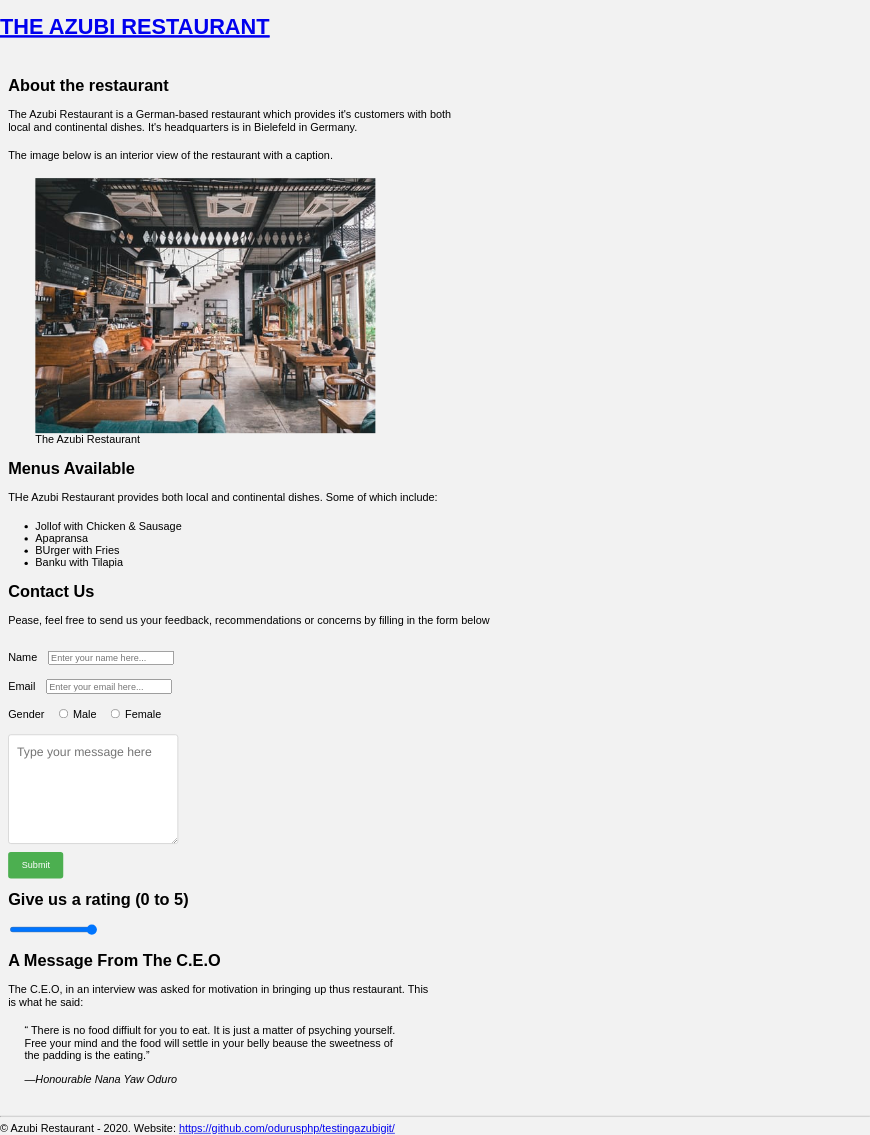
Repository: odurusphp/testingazubigit
Page: Fortune/FortunatusWulnye.html
The author's editor kept a copy of each file at every save. The page is drawn from the files as they stood at one save, then again after the next save.
The browser window is 1280 px wide. The pictures show the whole page, at 68% of full size.

Above is the page before, as saved 2020-08-03 01:38:05.

### Fortune/FortunatusWulnye.html
<!--COMMENTS THAT ARE MINE ARE WRITTEN IN CAPITAL LETTERS-->
<!--THE GENERAL STRUCTURE OF THE PAGE IS GOOD WITH THE INDENTATION TOO-->
<!--THE CLASSES THAT YOU IMPLEMENTED TOO ARE GREAT KEEP IT UP-->
<!DOCTYPE html>
<html lang="en">
  <head>

    <meta charset="UTF-8" />
    <meta name="viewport" content="width=device-width, initial-scale=1.0" />
    <title>The Azubi Restaurant</title>
    <meta name="descrition" content="A website for Azubi restaurant">
    <meta name="author" content="Fortunatus Aabangbio Wulnye">
    <link rel="stylesheet" href="css/style.css">

  </head>

  <body>

      <header class="mainHeader">
        <h1><a href="/"> <span></span><u>THE AZUBI RESTAURANT</u></a></h1>
      </header>

      <main class="main-container">
        <div class="About">
          <h2>About the restaurant</h2>
          <p>
            The Azubi Restaurant is a German-based restaurant which provides
            it's customers with both <br />
            local and continental dishes. It's headquarters is in Bielefeld in
            Germany.
          </p>
          <p>
            The image below is an interior view of the restaurant with a caption.
          </p>
          <!--IN ADDING THE IMAGE YOU TYPED OUT THE SRC WRONGLY KINDLY TAKE NOTE AND DO WELL TO REVIEW YOUR PAGE ALWAYS-->
        </div>

        <div class="about-fig">
          <figure>
            <img
              src="images/FortununatusWulnyeRestaurant.jpg"
              alt="Azubi Restaurant"
            />
            <figcaption>The Azubi Restaurant</figcaption>
          </figure>
        </div>

        <section class="menus">
          <h2>Menus Available</h2>
          <p>THe Azubi Restaurant provides both local and continental dishes. Some of which include:</p>
          <ul>
            <li>Jollof with Chicken & Sausage</li>
            <li>Apapransa</li>
            <li>BUrger with Fries</li>
            <li>Banku with Tilapia</li>
          </ul>
        </section>

        <div class="Contact">
          <h2>Contact Us</h2>
          <p>Pease, feel free to send us your feedback, recommendations or concerns by filling in the form below</p>
          <form action="" method="POST">
            <label for="fname">Name</label>
            <input type="text" name="fname" placeholder ="Enter your name here..." required> <br>

            <label for="email">Email</label>
            <input type="text" name="email" placeholder ="Enter your email here..." required> <br>

            <label for="gender">Gender</label>
            <input type="radio" id="male" value="male">
            <label for="gender">Male</label>
            <input type="radio" id="female" value="female">
            <label for="gender">Female</label> <br>

            <textarea name="message" id="" cols="20" rows="5" placeholder="Type your message here"></textarea> <br/>

            <input type="submit" value="Submit"  />
          </form>
          <br>

        </div>
        <br>

        <div class="rating">
          <h2>Give us a rating (0 to 5)</h2>
          <div class="slider">
             <input type="range" min="0" max="5" value="50">
          </div>
        </div>

        <div class="ceomessage">
          <h2>A Message From The C.E.O</h2>
          <P>The C.E.O, in an interview was asked for motivation in bringing up thus restaurant. This<br> is what he said: <blockquote> <q> There is no food diffiult for you to eat. It is just a matter of psyching yourself.<br> Free your mind and the food
          will settle in your belly beause the sweetness of <br> the padding is the eating.</q><br> <br>
        &mdash;<cite>Honourable Nana Yaw Oduro</cite>
      </blockquote>
           </P>
        </div>

      </main>
        <hr />

        <footer>
          &copy; Azubi Restaurant - 2020. Website: <a
          href="https://github.com/odurusphp/testingazubigit/">https://github.com/odurusphp/testingazubigit/</a>
        </footer>

  </body>
</html>

### Fortune/css/style.css
html {
  font-family: sans-serif;
  -webkit-text-size-adjust: 100%;
  -ms-text-size-adjust: 100%;
  justify-content: center;
  align-items: middle;
}
body {
  box-sizing: border-box;
  margin: 0;
  background-color: hsl(0, 0%, 95%);
}

.main-container {
  border-radius: 2px;
  padding: 12px;
}

article,
aside,
details,
figcaption,
figure,
footer,
header,
main,
menu,
nav,
section,
summary {
  display: block;
}

a:active,
a:hover {
  outline: 0;
}

b,
strong {
  font-weight: bold;
}

p {
  margin-bottom: 1.5em;
}

h1 {
  font-size: 2em;
  margin: 0.67em 0;
}

img {
  display: block;
  border: 0;
  width: auto;
  height: auto;
}

label {
  padding: 12px 12px 12px 0;
  display: inline-block;
}

input [type="text"],
select,
textarea {
  color: inherit;
  font: inherit;
  margin: 0;
  padding: 12px;
  border: 1px solid #ccc;
  border-radius: 4px;
  resize: vertical;
  margin: 8px 0;
  font-family: "Source Sans Pro", "Helvetica", Arial, sans-serif;
  font-size: 18px;
  line-height: 1.5;
}

input[type="submit"] {
  background-color: #4caf50;
  color: white;
  padding: 12px 20px;
  border: none;
  border-radius: 4px;
  cursor: pointer;
  float: left;
}

select {
  text-transform: none;
}

textarea {
  overflow: auto;
}

input::-moz-focus-inner {
  border: 0;
  padding: 0;
}

input {
  line-height: normal;
}

input[type="radio"] {
  box-sizing: border-box;
  padding: 0;
}

blockquote {
  margin: 0 1.5em;
}

After the next save:
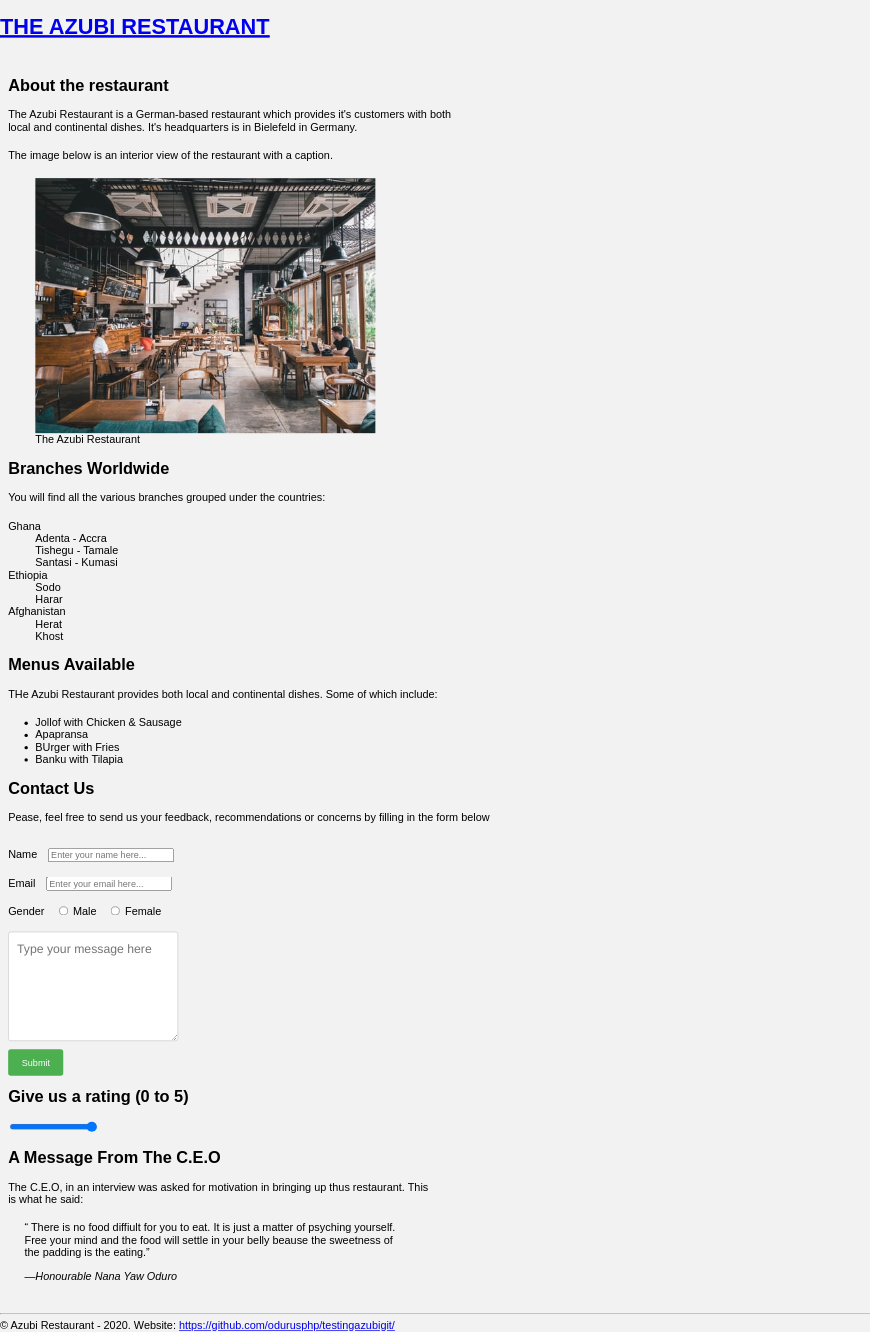
Saved 3 min 2 s later.
--- a/Fortune/FortunatusWulnye.html
+++ b/Fortune/FortunatusWulnye.html
@@ -21,7 +21,7 @@
       </header>
 
       <main class="main-container">
-        <div class="About">
+        <aside class="About">
           <h2>About the restaurant</h2>
           <p>
             The Azubi Restaurant is a German-based restaurant which provides
@@ -33,7 +33,7 @@
             The image below is an interior view of the restaurant with a caption.
           </p>
           <!--IN ADDING THE IMAGE YOU TYPED OUT THE SRC WRONGLY KINDLY TAKE NOTE AND DO WELL TO REVIEW YOUR PAGE ALWAYS-->
-        </div>
+        </aside>
 
         <div class="about-fig">
           <figure>
@@ -44,6 +44,31 @@
             <figcaption>The Azubi Restaurant</figcaption>
           </figure>
         </div>
+
+        <section class="branches">
+          <h2>Branches Worldwide</h2>
+          <p>You will find all the various branches grouped under the countries:</p>
+          <dl>
+            <dt class="country">Ghana</dt>
+            <div class="location">
+              <dd>Adenta - Accra</dd>
+              <dd>Tishegu - Tamale</dd>
+              <dd>Santasi - Kumasi</dd>
+            </div>
+
+            <dt class="country">Ethiopia</dt>
+            <div class="location">
+              <dd>Sodo</dd>
+              <dd>Harar</dd>
+            </div>
+
+            <dt class="country">Afghanistan</dt>
+            <div class="location">
+              <dd>Herat</dd>
+              <dd>Khost</dd>
+            </div>
+          </dl>
+        </section>
 
         <section class="menus">
           <h2>Menus Available</h2>
